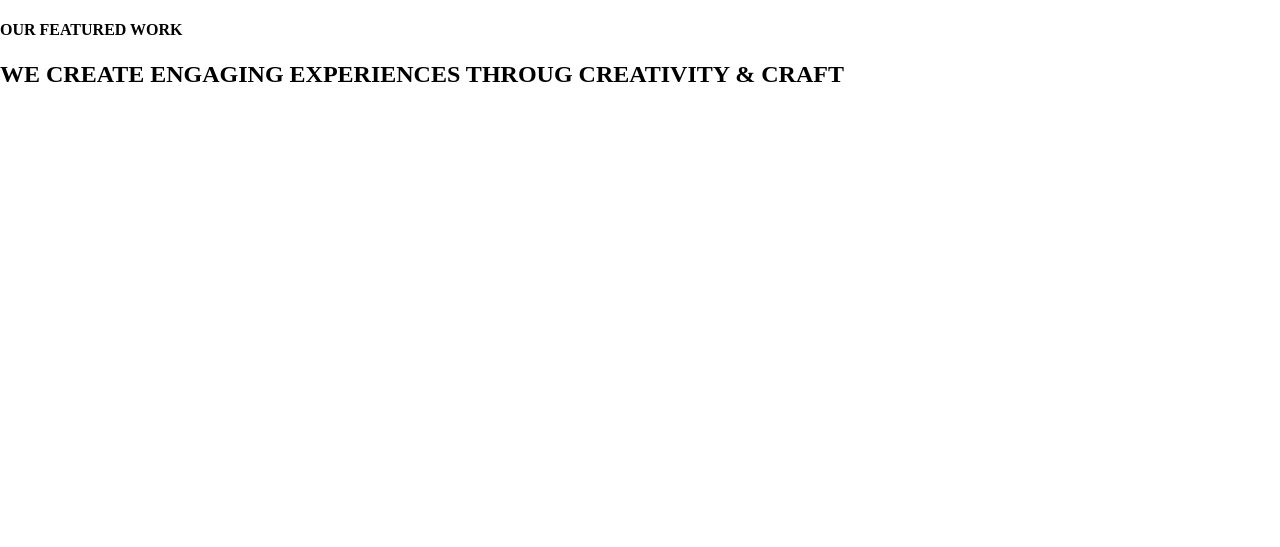
Repository: NastyaGavrilova/Beetroot-js
Page: HW10/index.html
These files come from the project's save history. The page is drawn as it stood at one moment and after the next save; the edit follows.
The browser window is 1280 px wide. The pictures show the whole page.

Above is the page before, as saved 2021-10-31 05:09:56.

### HW10/index.html
<!DOCTYPE html>
<html lang="en">
  <head>
    <meta charset="UTF-8" />
    <meta http-equiv="X-UA-Compatible" content="IE=edge" />
    <meta name="viewport" content="width=device-width, initial-scale=1.0" />
    <!-- Swiper -->
    <link
      rel="stylesheet"
      href="https://unpkg.com/swiper@7/swiper-bundle.min.css"
    />
    <!-- Normilize -->
    <link
      rel="stylesheet"
      href="https://cdnjs.cloudflare.com/ajax/libs/normalize/8.0.1/normalize.min.css"
      integrity="sha512-NhSC1YmyruXifcj/KFRWoC561YpHpc5Jtzgvbuzx5VozKpWvQ+4nXhPdFgmx8xqexRcpAglTj9sIBWINXa8x5w=="
      crossorigin="anonymous"
      referrerpolicy="no-referrer"
    />
    <!-- FONTS  -->
    <link rel="preconnect" href="https://fonts.googleapis.com" />
    <link rel="preconnect" href="https://fonts.gstatic.com" crossorigin />
    <link
      href="https://fonts.googleapis.com/css2?family=Poppins:wght@400;600&display=swap"
      rel="stylesheet"
    />
    <!-- Styles -->
    <link
      rel="stylesheet"
      href="https://unpkg.com/swiper@7/swiper-bundle.min.css"
    />
    <title>Document</title>
  </head>
  <body>
    <header class="c-header">
      <div class="c-header__wrapper">
        <div class="c-header__title">
          <h4 class="e-subtitle">OUR FEATURED WORK</h4>
          <h2 class="e-title">
            WE CREATE ENGAGING EXPERIENCES THROUG CREATIVITY &amp; CRAFT
          </h2>
        </div>
      </div>
    </header>

    <script src="https://unpkg.com/swiper@7/swiper-bundle.min.js"></script>
    <script src="./index.js"></script>
  </body>
</html>

Loaded but not shown: HW10/index.js (no stored copy; drawn as an empty file)

After the next save:
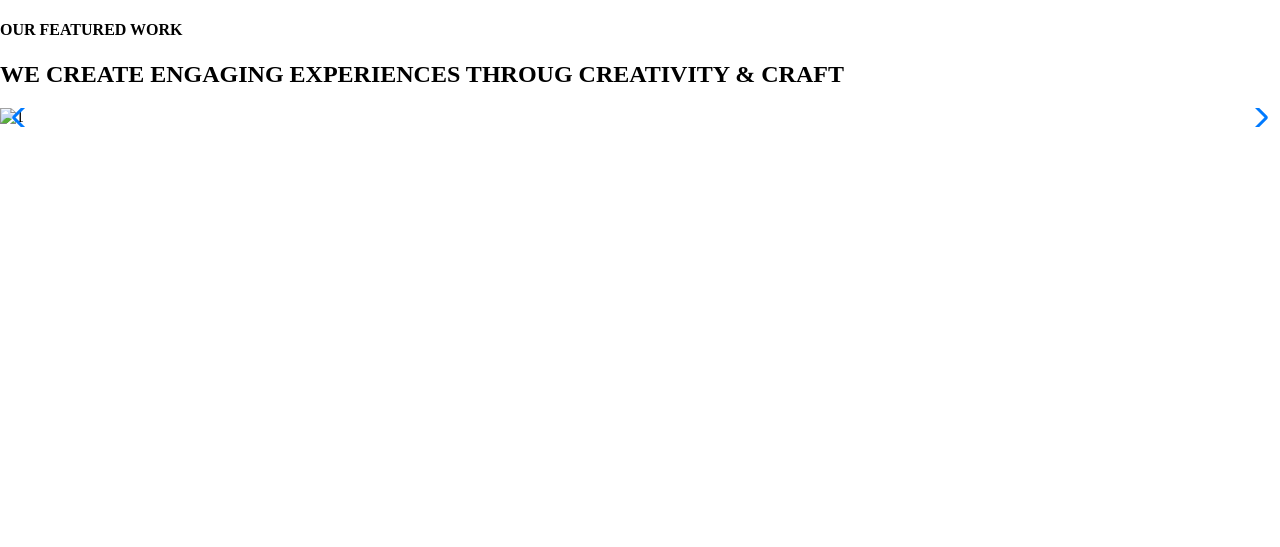
Not found: HW10/autumn.jpg
Not found: HW10/autumn1.jpg
Not found: HW10/autumn2.jpg
Saved 2 min 57 s later.
--- a/HW10/index.html
+++ b/HW10/index.html
@@ -43,6 +43,28 @@
       </div>
     </header>
 
+    <div class="swiper">
+      <!-- Additional required wrapper -->
+      <div class="swiper-wrapper">
+        <!-- Slides -->
+        <div class="swiper-slide">
+          <img src="./autumn.jpg" alt="1" />
+        </div>
+        <div class="swiper-slide"><img src="./autumn1.jpg" alt="2" /></div>
+        <div class="swiper-slide"><img src="./autumn2.jpg" alt="3" /></div>
+        ...
+      </div>
+      <!-- If we need pagination -->
+      <!-- <div class="swiper-pagination"></div> -->
+
+      <!-- If we need navigation buttons -->
+      <div class="swiper-button-prev" id="js-swiper-prev"></div>
+      <div class="swiper-button-next" id="js-swiper-next"></div>
+
+      <!-- If we need scrollbar -->
+      <!-- <div class="swiper-scrollbar"></div> -->
+    </div>
+
     <script src="https://unpkg.com/swiper@7/swiper-bundle.min.js"></script>
     <script src="./index.js"></script>
   </body>

After the save that followed:
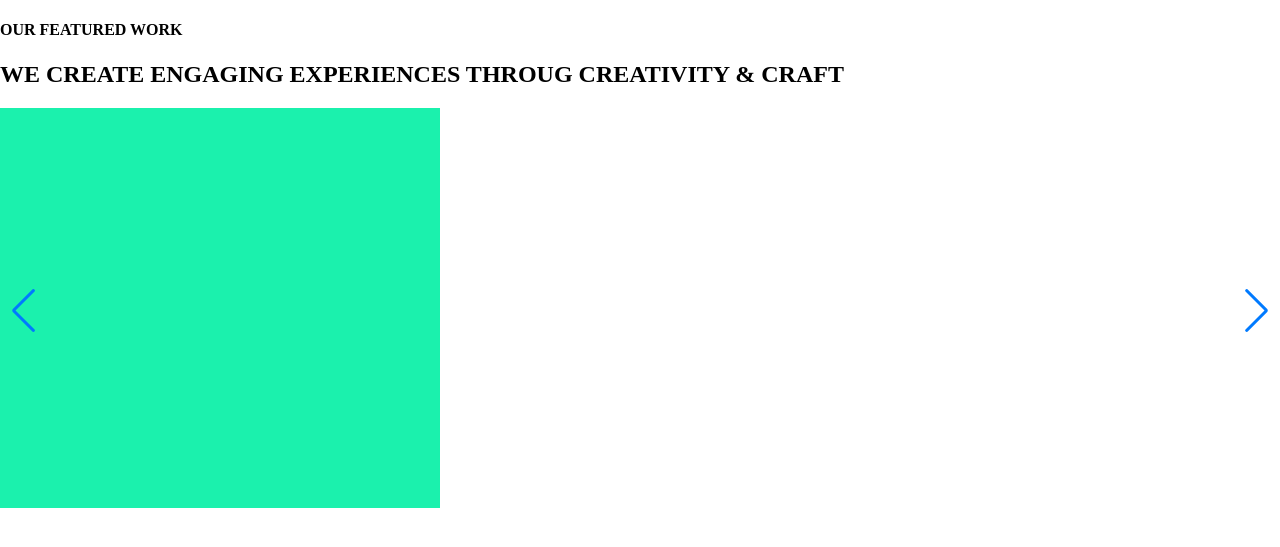
Saved 7 min 39 s later.
--- a/HW10/index.html
+++ b/HW10/index.html
@@ -48,10 +48,17 @@
       <div class="swiper-wrapper">
         <!-- Slides -->
         <div class="swiper-slide">
-          <img src="./autumn.jpg" alt="1" />
+          <img src="./assets/img/Rectangle8.png" alt="1" />
         </div>
-        <div class="swiper-slide"><img src="./autumn1.jpg" alt="2" /></div>
-        <div class="swiper-slide"><img src="./autumn2.jpg" alt="3" /></div>
+        <div class="swiper-slide">
+          <img src="./assets/img/Layer7.png" alt="2" />
+        </div>
+        <div class="swiper-slide">
+          <img src="./assets/img/Layer9.png" alt="3" />
+        </div>
+        <div class="swiper-slide">
+          <img src="./assets/img/Layer10.png" alt="4" />
+        </div>
         ...
       </div>
       <!-- If we need pagination -->
